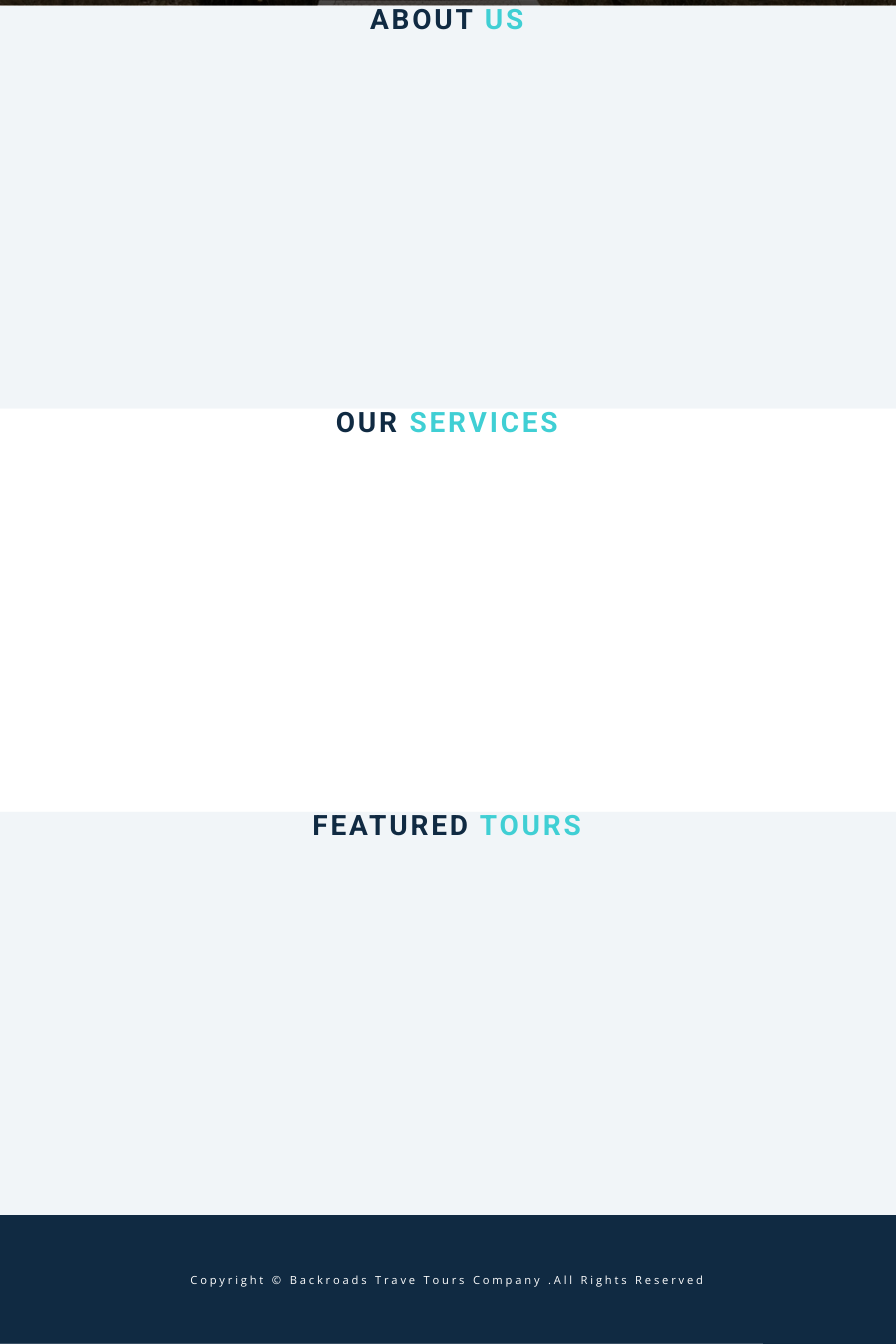
Repository: spidero7/Scroll
Page: index.html
These files come from the project's save history. The page is drawn as it stood at one moment and after a run of saves; the edit follows.
The browser window is 1280 px wide. The pictures show the part of the page from y = 794 to 2714 px (the page is 2714 px tall), at 70% of full size.
Some web libraries are served in a nearby version.

Above is the page before, as saved 2021-10-07 08:04:14.

### index.html
<!DOCTYPE html>
<html lang="en">
<head>
    <meta charset="UTF-8">
    <meta http-equiv="X-UA-Compatible" content="IE=edge">
    <meta name="viewport" content="width=device-width, initial-scale=1.0">
    <title>Scroll</title>
    <link rel="stylesheet" href="styles.css">
    <link rel="stylesheet" href="https://cdnjs.cloudflare.com/ajax/libs/font-awesome/5.14.0/css/all.min.css">
</head>
<body>
    <!-- header  -->
    <header id="home">
        <!-- navbar -->
        <nav id="nav">
            <div class="nav-center">
                <!-- nav header  -->
                <div class="nav-header">
                    <img src="./imgs/logo.svg" alt="logo" class="logo"/>
                    <button class="nav-toggle">
                        <i class="fas fa-bars"></i>
                    </button>
                </div>
                <!-- links -->
                <div class="links-container">
                    <ul class="links">
                        <li>
                          <a href="#home" class="scroll-link">home</a>
                        </li>
                        <li>
                          <a href="#about" class="scroll-link">about</a>
                        </li>
                        <li>
                          <a href="#services" class="scroll-link">services</a>
                        </li>
                        <li>
                          <a href="#tours" class="scroll-link">tours</a>
                        </li>
                      </ul>
                </div>
            </div>
        </nav>
        <!-- banner -->
        <div class="banner">
            <div class="container">
                <h1>scroll project</h1>
                <p>
                    Lorem ipsum dolor sit amet consectetur, adipisicing elit. Odio saepe officiis,
                    tempore quae nobis, perferendis id temporibus, harum minima voluptatum animi non
                    praesentium atque? Expedita, possimus deserunt. Sunt, suscipit nulla?
                </p>
                <a href="#tours" class="scroll-link btn btn-white">
                    explore tours
                </a>
            </div>
        </div>
    </header>
    <!-- about -->
    <section id="about" class="section">
        <div class="title">
            <h2>about <span>us</span></h2>
        </div>
    </section>
    <!-- services -->
    <section id="services" class="section">
        <div class="title">
            <h2>our <span>services</span></h2>
        </div>
    </section>
    <!-- tours -->
    <section id="tours" class="section">
        <div class="title">
            <h2>featured <span>tours</span></h2>
        </div>
    </section>
    <!-- footer -->
    <footer class="section">
        <p>
            copyright &copy; backroads trave tours company
            <span id="date"></span>
            .all rights reserved
        </p>
    </footer>
    <!-- back to top button -->
    <a href="#home" class="scroll-link top-link">
        <i class="fas fa-arrow-up"></i>
    </a>
    <script src="app.js"></script>
</body>
</html>

### styles.css
/*
===============
Fonts
===============
*/
@import url("https://fonts.googleapis.com/css?family=Open+Sans|Roboto:400,700&display=swap");

/*
===============
Variables
===============
*/

:root {
  /* dark shades of primary color*/
  --clr-primary-1: hsl(205, 86%, 17%);
  --clr-primary-2: hsl(205, 77%, 27%);
  --clr-primary-3: hsl(205, 72%, 37%);
  --clr-primary-4: hsl(205, 63%, 48%);
  /* primary/main color */
  --clr-primary-5: #49a6e9;
  /* lighter shades of primary color */
  --clr-primary-6: hsl(205, 89%, 70%);
  --clr-primary-7: hsl(205, 90%, 76%);
  --clr-primary-8: hsl(205, 86%, 81%);
  --clr-primary-9: hsl(205, 90%, 88%);
  --clr-primary-10: hsl(205, 100%, 96%);
  /* darkest grey - used for headings */
  --clr-grey-1: hsl(209, 61%, 16%);
  --clr-grey-2: hsl(211, 39%, 23%);
  --clr-grey-3: hsl(209, 34%, 30%);
  --clr-grey-4: hsl(209, 28%, 39%);
  /* grey used for paragraphs */
  --clr-grey-5: hsl(210, 22%, 49%);
  --clr-grey-6: hsl(209, 23%, 60%);
  --clr-grey-7: hsl(211, 27%, 70%);
  --clr-grey-8: hsl(210, 31%, 80%);
  --clr-grey-9: hsl(212, 33%, 89%);
  --clr-grey-10: hsl(210, 36%, 96%);
  --clr-white: #fff;
  --clr-red-dark: hsl(360, 67%, 44%);
  --clr-red-light: hsl(360, 71%, 66%);
  --clr-green-dark: hsl(125, 67%, 44%);
  --clr-green-light: hsl(125, 71%, 66%);
  --clr-secondary: hsla(182, 63%, 54%);
  --clr-black: #222;
  --ff-primary: "Roboto", sans-serif;
  --ff-secondary: "Open Sans", sans-serif;
  --transition: all 0.3s linear;
  --spacing: 0.25rem;
  --radius: 0.5rem;
  --light-shadow: 0 5px 15px rgba(0, 0, 0, 0.1);
  --dark-shadow: 0 5px 15px rgba(0, 0, 0, 0.2);
  --max-width: 1170px;
  --fixed-width: 620px;
}
/*
===============
Global Styles
===============
*/
html {
  scroll-behavior: smooth;
}
*,
::after,
::before {
  margin: 0;
  padding: 0;
  box-sizing: border-box;
}
body {
  font-family: var(--ff-secondary);
  background: var(--clr-grey-10);
  color: var(--clr-grey-1);
  line-height: 1.5;
  font-size: 0.875rem;
}
ul {
  list-style-type: none;
}
a {
  text-decoration: none;
}
img:not(.logo) {
  width: 100%;
}
img {
  display: block;
}

h1,
h2,
h3,
h4 {
  letter-spacing: var(--spacing);
  text-transform: capitalize;
  line-height: 1.25;
  margin-bottom: 0.75rem;
  font-family: var(--ff-primary);
}
h1 {
  font-size: 3rem;
}
h2 {
  font-size: 2rem;
}
h3 {
  font-size: 1.25rem;
}
h4 {
  font-size: 0.875rem;
}
p {
  margin-bottom: 1.25rem;
  color: var(--clr-grey-5);
}
@media screen and (min-width: 800px) {
  h1 {
    font-size: 4rem;
  }
  h2 {
    font-size: 2.5rem;
  }
  h3 {
    font-size: 1.75rem;
  }
  h4 {
    font-size: 1rem;
  }
  body {
    font-size: 1rem;
  }
  h1,
  h2,
  h3,
  h4 {
    line-height: 1;
  }
}
/*  global classes */

.btn {
  text-transform: uppercase;
  background: transparent;
  color: var(--clr-black);
  padding: 0.375rem 0.75rem;
  letter-spacing: var(--spacing);
  display: inline-block;
  transition: var(--transition);
  font-size: 0.875rem;
  border: 2px solid var(--clr-black);
  cursor: pointer;
  box-shadow: 0 1px 3px rgba(0, 0, 0, 0.2);
  border-radius: var(--radius);
}
.btn:hover {
  color: var(--clr-white);
  background: var(--clr-black);
}
.btn-white {
  color: var(--clr-white);
  border-color: var(--clr-white);
  border-radius: 0;
  padding: 0.5rem 1rem;
}
.btn:hover {
  background: var(--clr-white);
  color: var(--clr-secondary);
}
/* section */
.section {
  padding-bottom: 5rem;
}

.section-center {
  width: 90vw;
  margin: 0 auto;
  max-width: 1170px;
}
@media screen and (min-width: 992px) {
  .section-center {
    width: 95vw;
  }
}
main {
  min-height: 100vh;
  display: grid;
  place-items: center;
}
/*
===============
Scroll
===============
*/
/* navbar */
nav {
  background: var(--clr-white);
  padding: 1rem 1.5rem;
}
/* fixed nav */
.fixed-nav {
  position: fixed;
  top: 0;
  left: 0;
  width: 100%;
  background: var(--clr-white);
  box-shadow: var(--light-shadow);
}
.fixed-nav .links a {
  color: var(--clr-grey-1);
}
.fixed-nav .links a:hover {
  color: var(--clr-secondary);
}
/* .fixed-nav .links-container {
  height: auto !important;
} */
.nav-header {
  display: flex;
  align-items: center;
  justify-content: space-between;
}
.nav-toggle {
  font-size: 1.5rem;
  color: var(--clr-grey-1);
  background: transparent;
  border-color: transparent;
  transition: var(--transition);
  cursor: pointer;
}
.nav-toggle:hover {
  color: var(--clr-secondary);
}
.logo {
  height: 50px;
}
.links-container {
  height: 0;
  overflow: hidden;
  transition: var(--transition);
}
.show-links {
  height: 200px;
}
.links a {
  background: var(--clr-white);
  color: var(--clr-grey-5);
  font-size: 1.1rem;
  text-transform: capitalize;
  letter-spacing: var(--spacing);
  display: block;
  transition: var(--transition);
  font-weight: bold;
  padding: 0.75rem 0;
}
.links a:hover {
  color: var(--clr-grey-1);
}
@media screen and (min-width: 800px) {
  nav {
    background: transparent;
  }
  .nav-center {
    width: 90vw;
    max-width: 1170px;
    margin: 0 auto;
    display: flex;
    align-items: center;
    justify-content: space-between;
  }
  .nav-header {
    padding: 0;
  }
  .nav-toggle {
    display: none;
  }
  .links-container {
    height: auto !important;
  }
  .links {
    display: flex;
  }
  .links a {
    background: transparent;
    color: var(--clr-white);
    font-size: 1.1rem;
    text-transform: capitalize;
    letter-spacing: var(--spacing);
    display: block;
    transition: var(--transition);
    margin: 0 1rem;
    font-weight: bold;
    padding: 0;
  }
  .links a:hover {
    color: var(--clr-white);
  }
}
/* hero */
header {
  min-height: 100vh;
  background: linear-gradient(rgba(63, 208, 212, 0.5), rgba(0, 0, 0, 0.7)),
    url(./imgs/hero-bcg.jpeg) center/cover no-repeat;
}
.banner {
  min-height: 100vh;
  display: grid;
  place-items: center;
  text-align: center;
}
.container h1 {
  color: var(--clr-white);
  text-transform: uppercase;
}
.container p {
  color: var(--clr-white);
  max-width: 25rem;
  margin: 0 auto;
  margin-bottom: 1.25rem;
}
@media screen and (min-width: 768px) {
  .container p {
    max-width: 40rem;
  }
}
/* sections and title */
.title h2 {
  text-align: center;
  text-transform: uppercase;
}
.title span {
  color: var(--clr-secondary);
}
#about,
#services,
#tours {
  height: 80vh;
}
#services {
  background: var(--clr-white);
}
footer {
  background: var(--clr-grey-1);
  padding: 5rem 1rem;
}
footer p {
  color: var(--clr-white);
  text-align: center;
  text-transform: capitalize;
  letter-spacing: var(--spacing);
  margin-bottom: 0;
}

.top-link {
  font-size: 1.25rem;
  position: fixed;
  bottom: 3rem;
  right: 3rem;
  background: var(--clr-secondary);
  width: 2rem;
  height: 2rem;
  display: grid;
  place-items: center;
  border-radius: var(--radius);
  color: var(--clr-white);
  animation: bounce 2s ease-in-out infinite;

  visibility: hidden;
  z-index: -100;
}
.show-link {
  visibility: visible;
  z-index: 100;
}

@keyframes bounce {
  0% {
    transform: scale(1);
  }
  50% {
    transform: scale(1.5);
  }
  100% {
    transform: scale(1);
  }
}

### app.js
// set date
const date = document.getElementById('date');
date.innerHTML

After the next 6 saves:
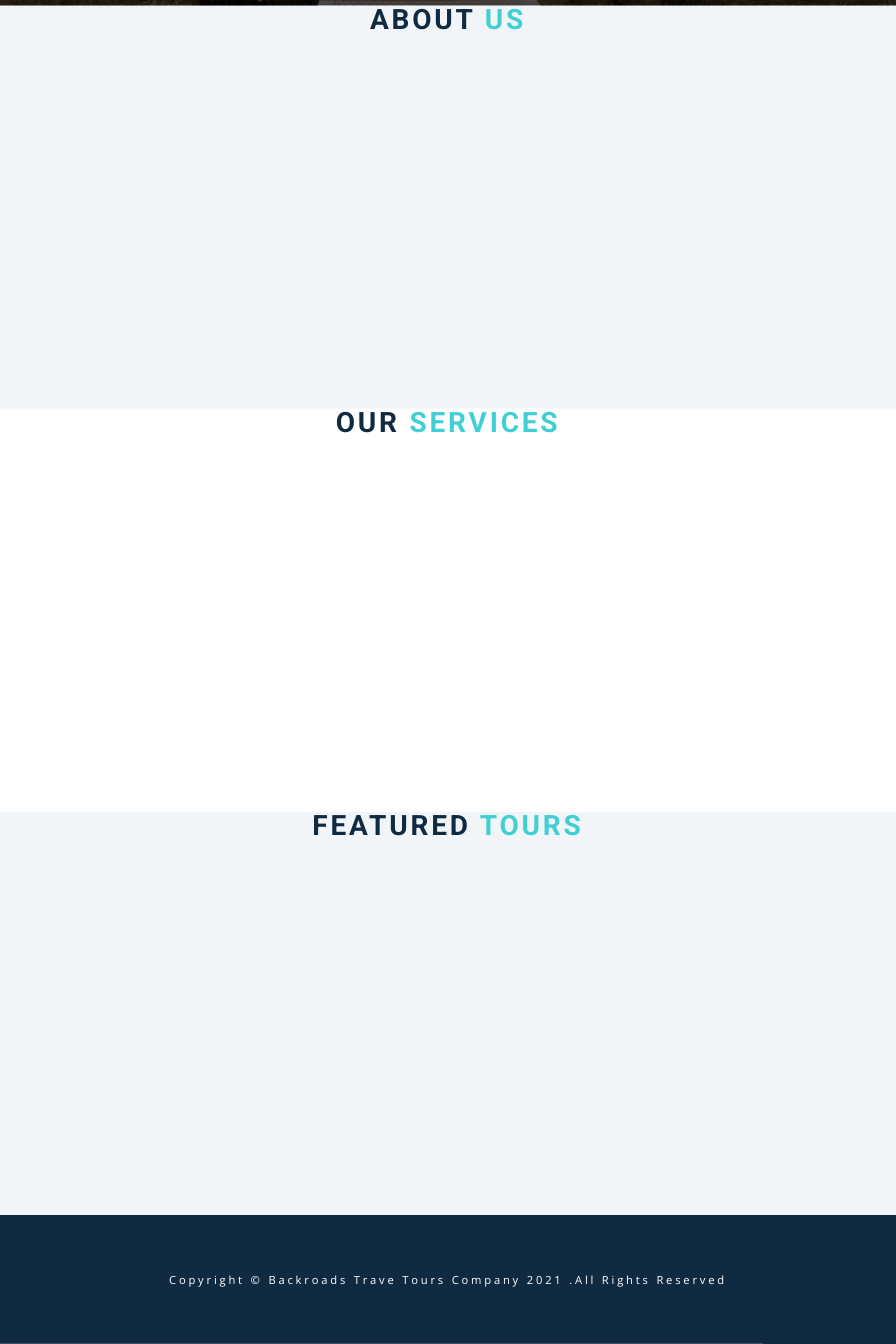
The 6 saves are shown as one change because they came seconds apart.
The last was saved 41 s later.
--- a/app.js
+++ b/app.js
@@ -1,3 +1,3 @@
 // set date
 const date = document.getElementById('date');
-date.innerHTML
+date.innerHTML = new Date().getFullYear()

After the 2 saves that followed:
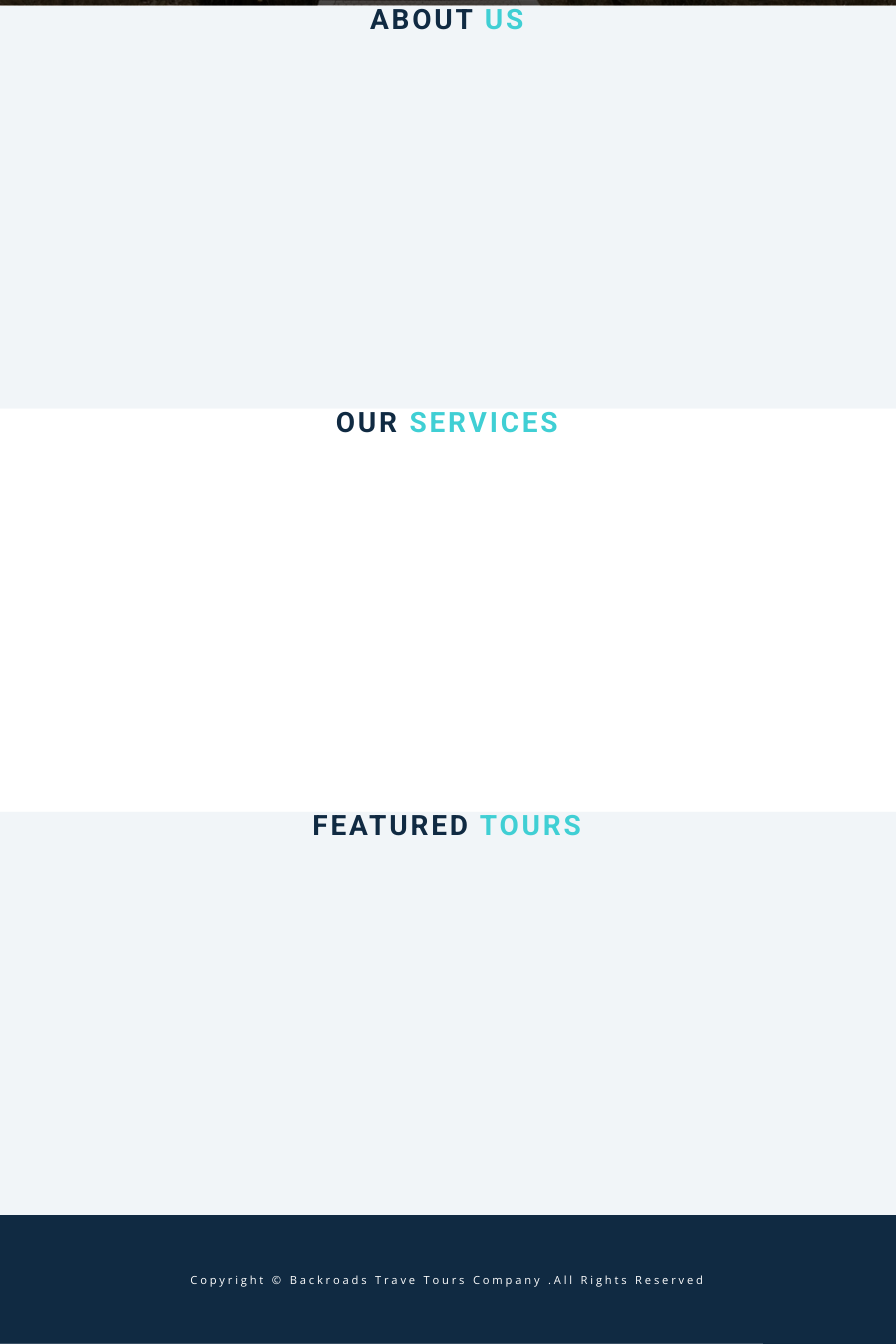
Console error: SyntaxError: Unexpected end of input
The 2 saves are shown as one change because 1 left the picture as it was.
The last was saved 4 min 36 s later.
--- a/app.js
+++ b/app.js
@@ -1,3 +1,6 @@
 // set date
 const date = document.getElementById('date');
-date.innerHTML = new Date().getFullYear()
+date.innerHTML = new Date().getFullYear();
+
+// close links
+const
